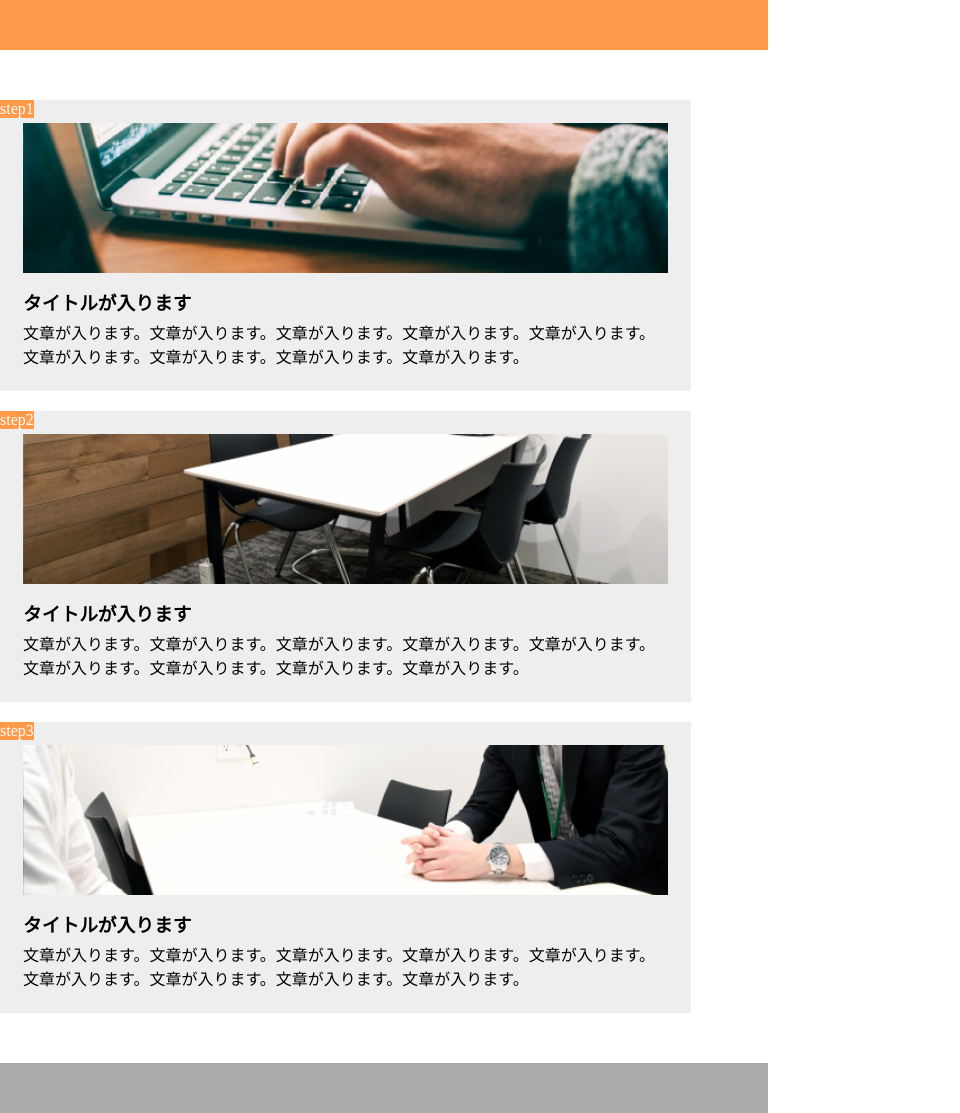
Repository: yuurisyachi/git
Page: chapter9/chapter9_exercise.html
The author's editor kept a record of every edit. The page is drawn from the files as they stood at one moment, then again after the next edit.
The browser window is 768 px wide. The page is 768 px wide, then 960 px, then 768 px, so the pictures cover 960 px, including what lies to the right of the window. The pictures show the whole page.

Above is the page before.

### chapter9/chapter9_exercise.html
<!DOCTYPE html>
<html lang="ja">
  <head>
    <meta charset="UTF-8" />
    <meta name="viewport" content="width=device-width,initial-scale=1.0">
    <title>9章演習</title>
    <link rel="stylesheet" href="chapter9_exercise.css" />
  </head>
  <body>
    <header></header>
    <main>
      <div class="step-box">
        <div class="step-img1"></div>
        <span class="step-num">step1</span>
        <h3 class="title">タイトルが入ります</h3>
        <p class="text">
          文章が入ります。文章が入ります。文章が入ります。文章が入ります。文章が入ります。文章が入ります。文章が入ります。文章が入ります。文章が入ります。
        </p>
      </div>

      <div class="step-box">
        <div class="step-img2"></div>
        <span class="step-num">step2</span>
        <h3 class="title">タイトルが入ります</h3>
        <p class="text">
          文章が入ります。文章が入ります。文章が入ります。文章が入ります。文章が入ります。文章が入ります。文章が入ります。文章が入ります。文章が入ります。
        </p>
      </div>

      <div class="step-box">
        <div class="step-img3"></div>
        <span class="step-num">step3</span>
        <h3 class="title">タイトルが入ります</h3>
        <p class="text">
          文章が入ります。文章が入ります。文章が入ります。文章が入ります。文章が入ります。文章が入ります。文章が入ります。文章が入ります。文章が入ります。
        </p>
      </div>
    </main>
    <footer></footer>
  </body>
</html>

### chapter9/chapter9_exercise.css
* {
  box-sizing: border-box;
  margin: 0;
  padding: 0;
}

header {
  width: 100%;
  height: 50px;
  background-color: #ff9a4b;
}

main {
  width: 960px;
  margin: 50px auto;
  display: flex;
}

.step-box {
  width: 300px;
  margin-right: 30px;
  padding: 10px;
  position: relative;
  background-color: #eeeeee;
}

.step-box:last-child {
  margin-right: 0;
}

.step-img1 {
  height: 150px;
  background-image: url(img/flow01.png);
  background-position: bottom;
  background-size: cover;
}

.step-img2 {
  height: 150px;
  background-image: url(img/flow02.png);
  background-position: bottom;
  background-size: cover;
}

.step-img3 {
  height: 150px;
  background-image: url(img/flow03.png);
  background-position: bottom;
  background-size: cover;
}

.step-num {
  position: absolute;
  top: 0;
  left: 0;
  background-color: #ff9a4b;
  color: #fff;
}

.title {
  margin: 15px 0 5px;
}

footer {
  width: 100%;
  height: 50px;
  background-color: #aaa;
}

@media screen and (max-width: 768px) {

  main {
    width: 100%;
    display: block;
  }

  .step-box {
    width: 90%;
    margin-bottom: 20px;
    padding: 3%
  }

}

After the next edit:
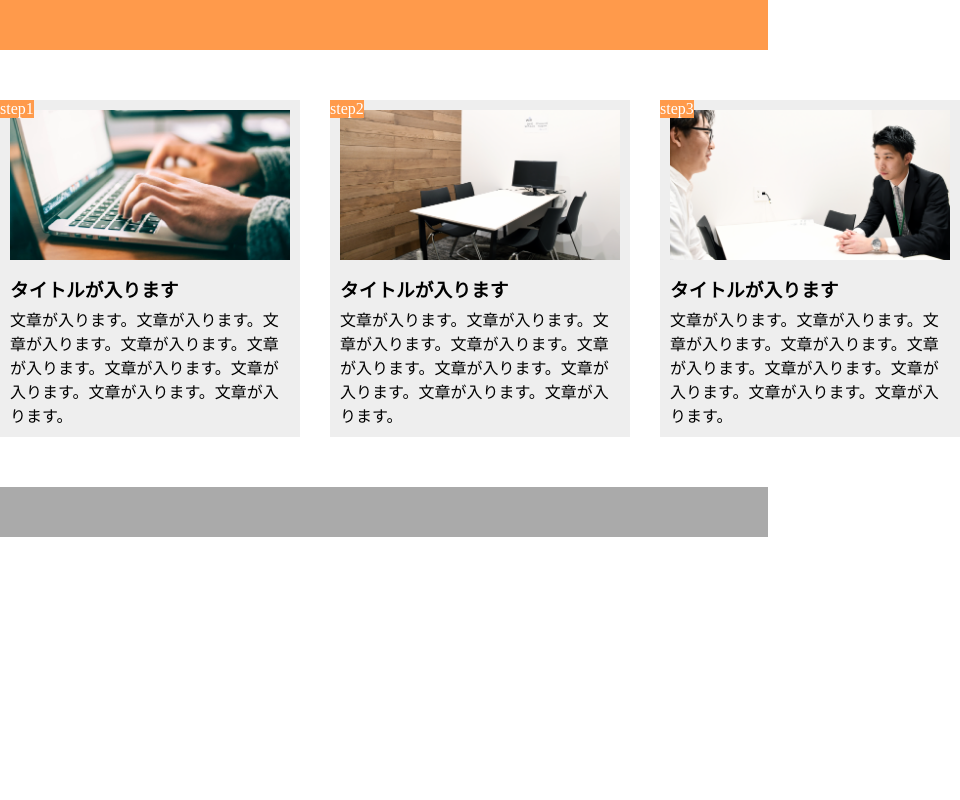
The edit:
--- a/chapter9/chapter9_exercise.css
+++ b/chapter9/chapter9_exercise.css
@@ -68,6 +68,9 @@
 }
 
 @media screen and (max-width: 768px) {
+  .about-contents {
+　　flex-direction: column;
+　　align-items:center;
 
   main {
     width: 100%;

After the edit that followed:
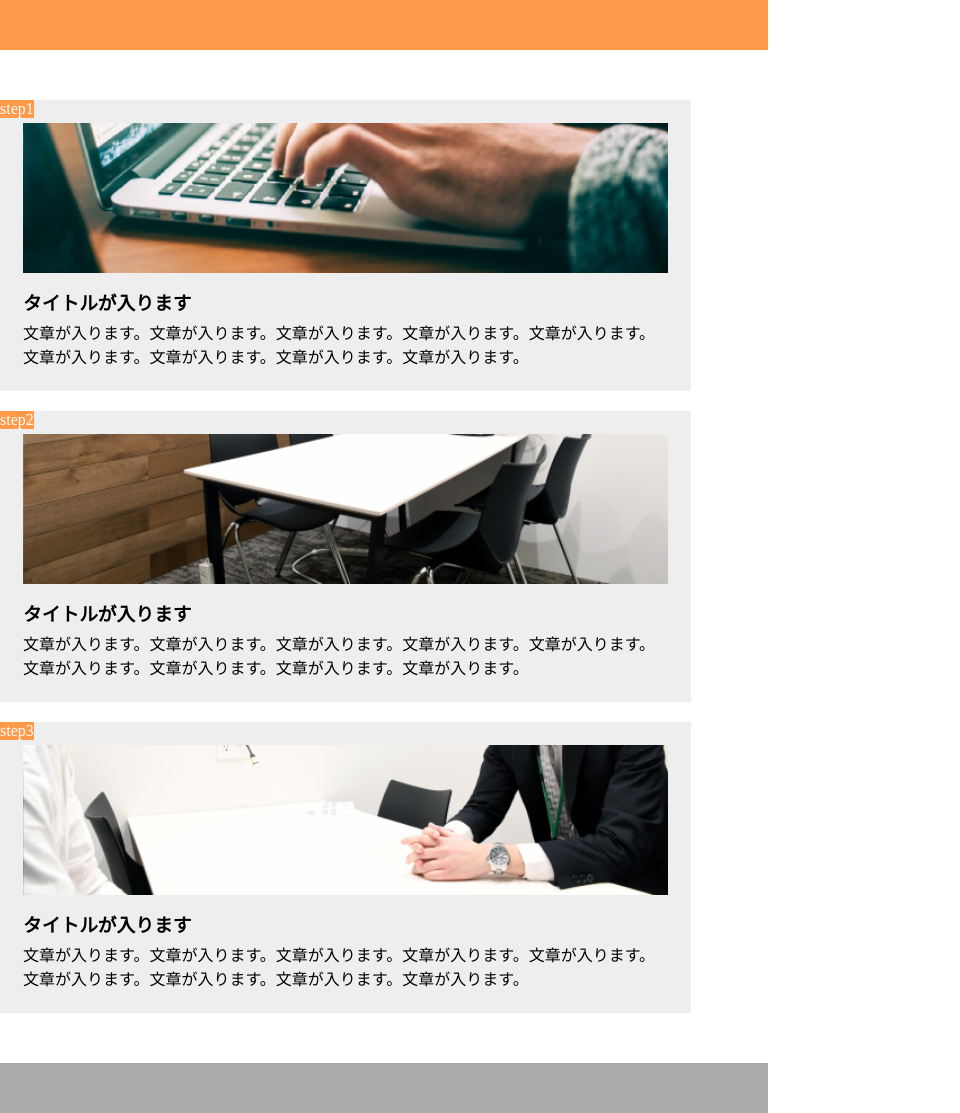
The edit:
--- a/chapter9/chapter9_exercise.css
+++ b/chapter9/chapter9_exercise.css
@@ -68,9 +68,6 @@
 }
 
 @media screen and (max-width: 768px) {
-  .about-contents {
-　　flex-direction: column;
-　　align-items:center;
 
   main {
     width: 100%;
